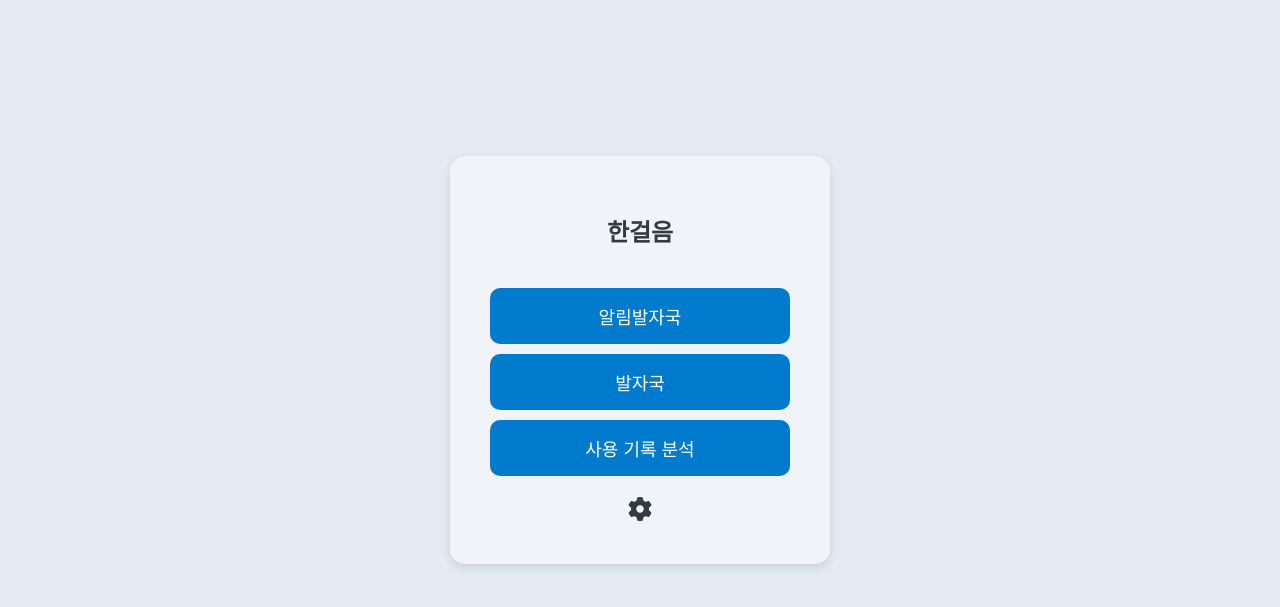
Repository: step-by-steps/step_by_steps_web
Page: http://localhost/index
These files come from the project's save history. The page is drawn as it stood at one moment and after the next save; the edit follows.
The browser window is 1280 px wide. The pictures show the whole page.
The page is served by the project's application, run on Flask 3 (main.py). The session is filled in as if someone had signed in: {"username": "testuser"}.

Above is the page before, as saved 2024-08-12 11:36:58.

After the next save:
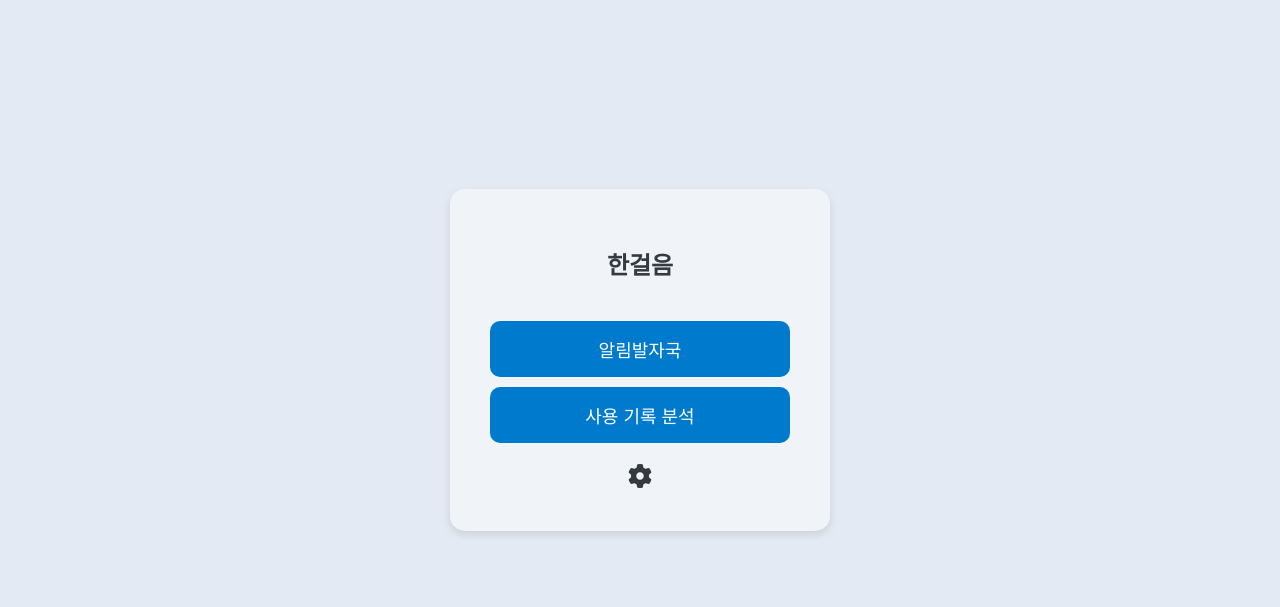
Saved 4 s later.
--- a/templates/index.html
+++ b/templates/index.html
@@ -13,7 +13,6 @@
 
         <div class="buttons">
             <a href="{{ url_for('step1') }}" class="btn">알림발자국</a>
-            <a href="{{ url_for('step2') }}" class="btn">발자국</a>
             <a href="{{ url_for('step3') }}" class="btn">사용 기록 분석</a>
         </div>
 
